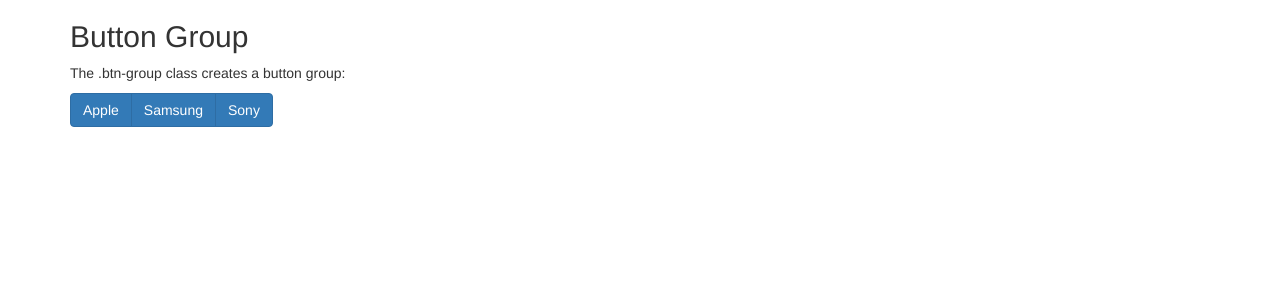
Repository: rsusolutions/RSU-Website
Page: quiz/index2.html
These files come from the project's save history. The page is drawn as it stood at one moment and after the next save; the edit follows.
The browser window is 1280 px wide. The pictures show the whole page.

Above is the page before, as saved 2020-04-21 13:27:45.

After the next save:
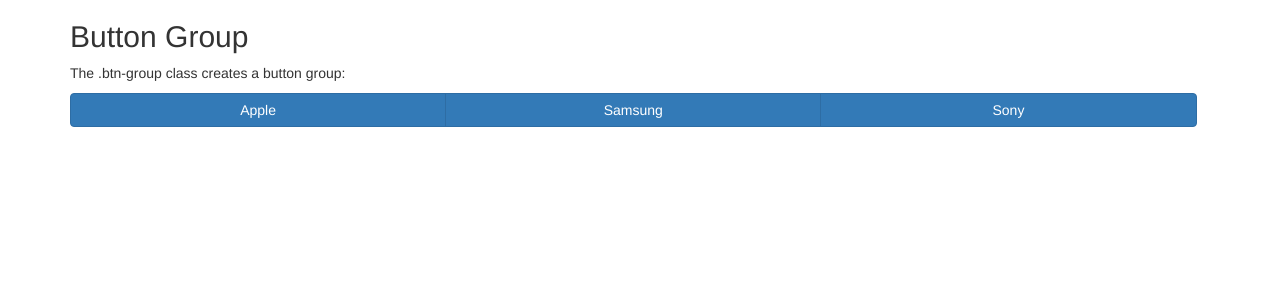
Saved 36 s later.
--- a/quiz/index2.html
+++ b/quiz/index2.html
@@ -14,9 +14,9 @@
   <h2>Button Group</h2>
   <p>The .btn-group class creates a button group:</p>
   <div class="btn-group btn-block">
-    <button type="button " class="btn btn-primary ">Apple</button>
-    <button type="button" class="btn btn-primary ">Samsung</button>
-    <button type="button" class="btn btn-primary ">Sony</button>
+    <button type="button " style="width: 33%;" class="btn btn-primary ">Apple</button>
+    <button type="button" style="width: 33%;" class="btn btn-primary ">Samsung</button>
+    <button type="button" style="width: 33%;" class="btn btn-primary ">Sony</button>
   </div>
 </div>
 
